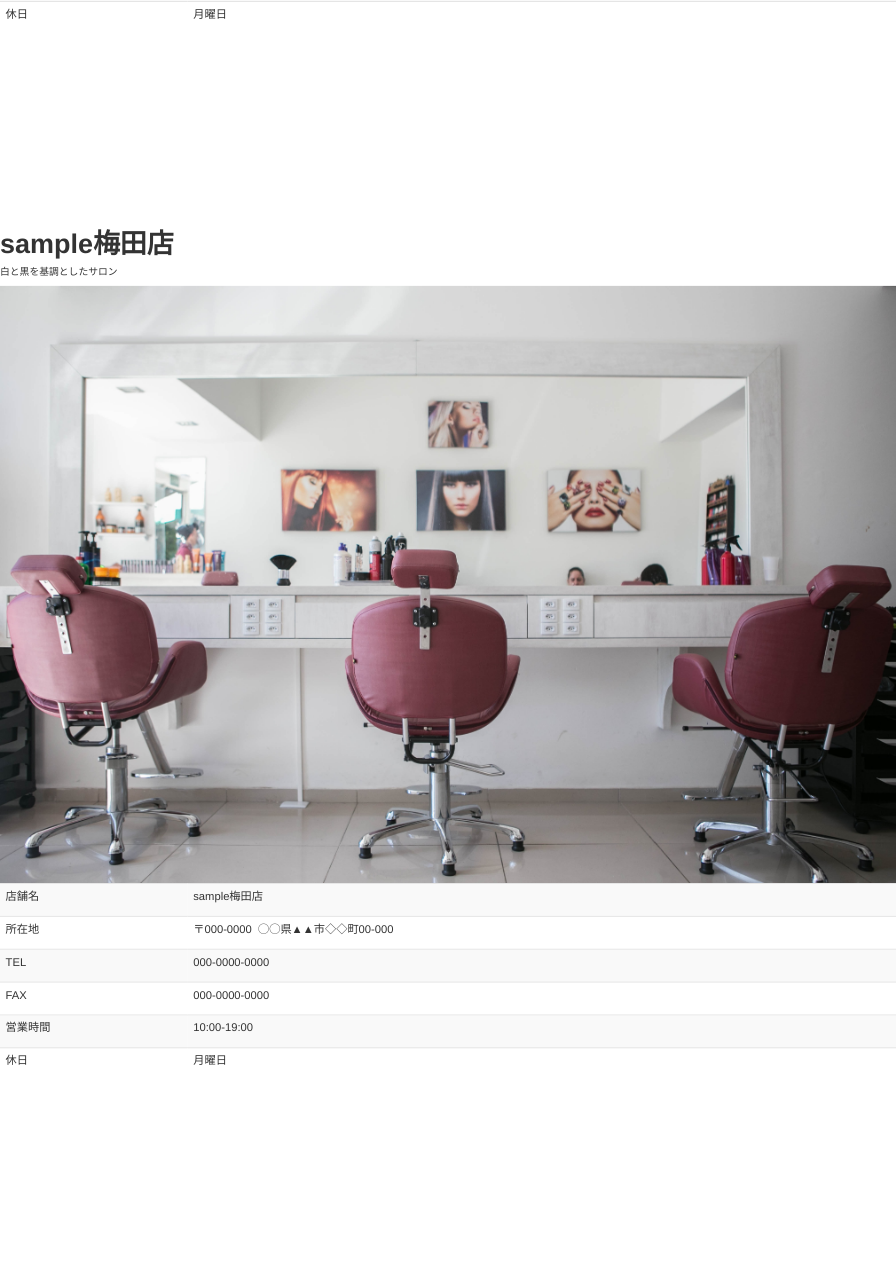
Repository: hayashikazuki/side_job_tenp_hayashi
Page: salon-tenp/profile.html
The author's editor kept a record of every edit. The page is drawn from the files as they stood at one moment, then again after the next edit.
The browser window is 1280 px wide. The pictures show the part of the page from y = 2209 to 4129 px (the page is 4022 px tall before and 4129 px after), at 70% of full size.
Pictures or frames that could not be fetched are drawn as grey boxes. Some web libraries are served in a nearby version.

Above is the page before.

After the next edit:
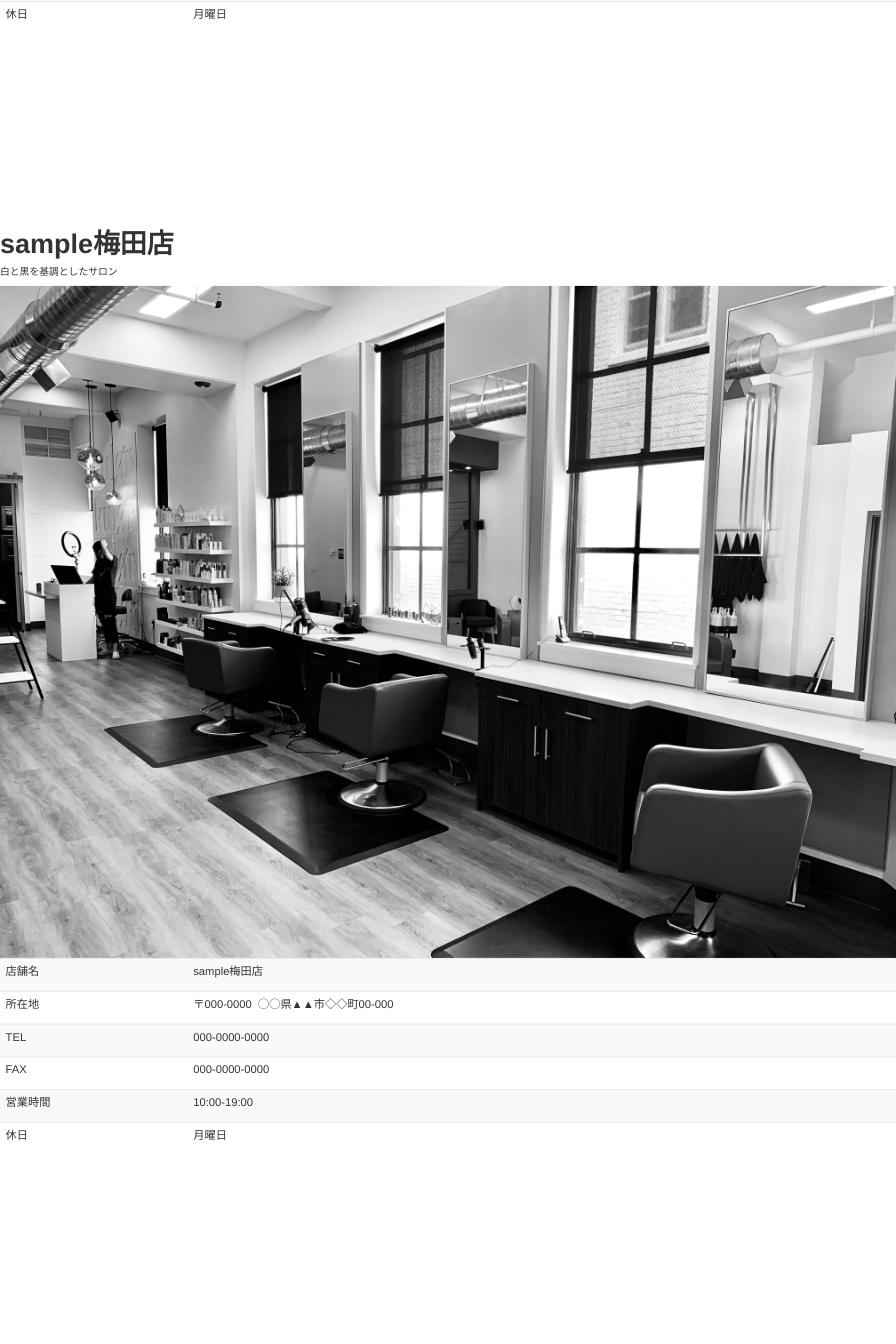
The edit:
--- a/salon-tenp/profile.html
+++ b/salon-tenp/profile.html
@@ -95,7 +95,7 @@
             <p>白と黒を基調としたサロン</p>
 
             <div class="shop-img">
-                <img src="./salon-img/guilherme-petri-PtOfbGkU3uI-unsplash.jpg">
+                <img src="./salon-img/adam-winger-VjRpkGtS55w-unsplash.jpg">
             </div>
             <div class="info">
                 <table class="table table-striped">
